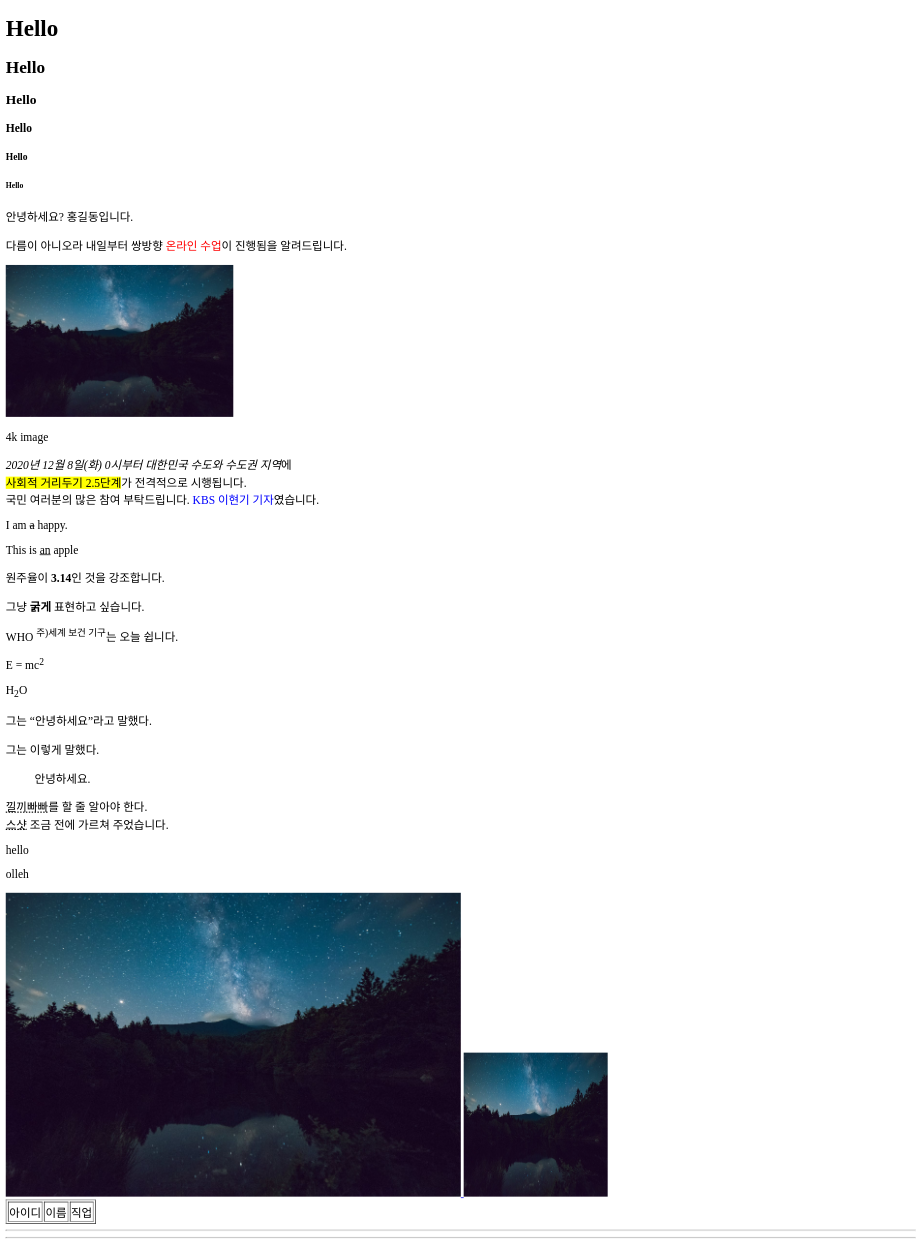
Repository: woneeseo/javastudy
Page: htmlStudy/workspace_html/HelloWorld/WebContent/f.html
These files come from the project's save history. The page is drawn as it stood at one moment and after the next save; the edit follows.
The browser window is 1280 px wide. The pictures show the whole page, at 72% of full size.

Above is the page before, as saved 2020-12-07 06:52:45.

After the next save:
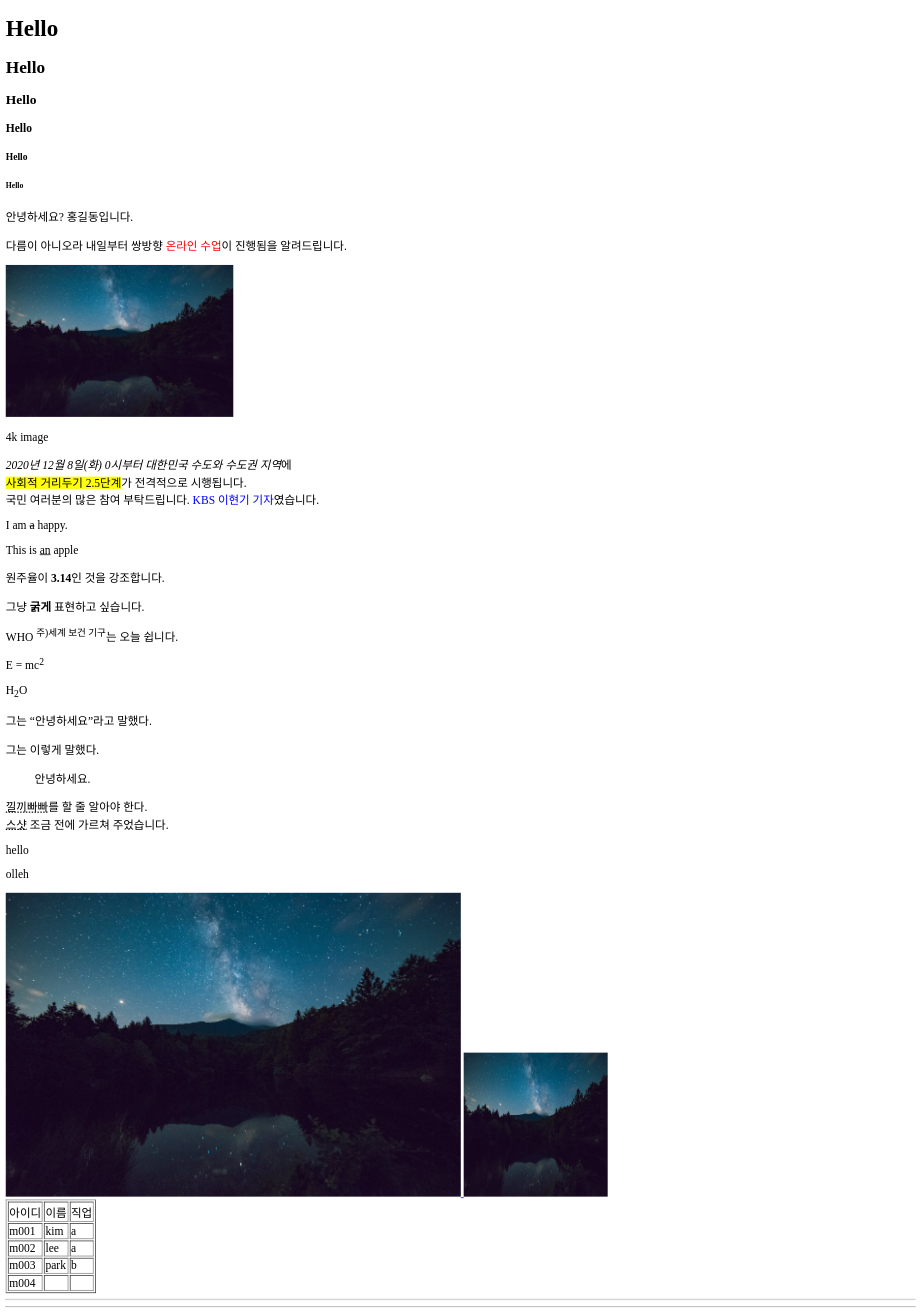
Saved 2 min 52 s later.
--- a/htmlStudy/workspace_html/HelloWorld/WebContent/f.html
+++ b/htmlStudy/workspace_html/HelloWorld/WebContent/f.html
@@ -126,6 +126,33 @@
 		</tr>
 	</thead>
 
+	<tbody>
+	<!-- 실제 데이터가 들어가는 부분 : <tbody></tbody> -->
+	<!-- 컬럼값이 3개면 레코드도 3개여야 함 -->
+		<tr>
+			<td>m001</td>
+			<td>kim</td>
+			<td>a</td>
+		</tr>
+		<tr>
+			<td>m002</td>
+			<td>lee</td>
+			<td>a</td>
+		</tr>
+		<tr>
+			<td>m003</td>
+			<td>park</td>
+			<td>b</td>
+		</tr>
+		<tr>
+			<td>m004</td>
+			<td></td>
+			<td></td>
+		</tr>
+
+
+	</tbody>
+
 </table>
 
 
